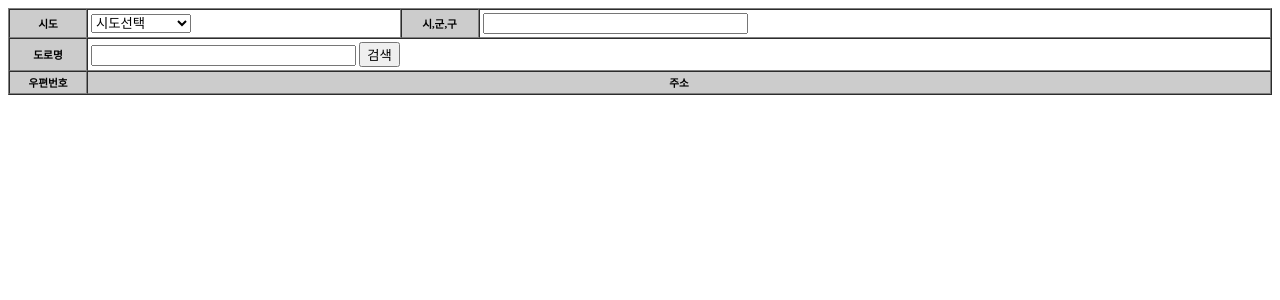
Repository: dahye1013/java-basic-learning
Page: http://localhost/memberJSP/member/checkPost.jsp
These files come from the project's save history. The page is drawn as it stood at one moment and after the next save; the edit follows.
The browser window is 1280 px wide. The pictures show the whole page.
The page is served by Tomcat 9.

Above is the page before, as saved 2020-06-04 07:52:49.

After the next save:
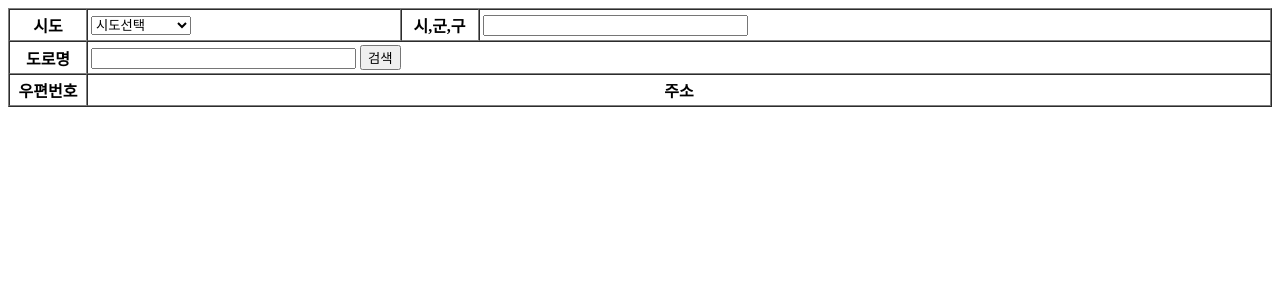
Saved 100 s later.
--- a/memberJSP/WebContent/member/checkPost.jsp
+++ b/memberJSP/WebContent/member/checkPost.jsp
@@ -29,14 +29,7 @@ if(sido!=null && roadname!=null){
 <head>
 <meta charset="EUC-KR">
 <title>우편번호</title>
-<style type="text/css">
-th {font-size: 8pt; background-color: #cccccc;}
-td {font-size: 10pt;}
-#addressA:link {color:black; text-decoration:none;}
-#addressA:visited {color:black; text-decoration:none;}
-#addressA:hover {color:green; text-decoration:none; font-weight: bold;} <!--hover 마우스가 위에 올라가면-->
-#addressA:active {color:black; text-decoration:none;}
-</style>
+<link rel="stylesheet" href="../css/member.css">
 </head>
 <body>
 <form name="newzipcode" method="post" action="checkPost.jsp">
